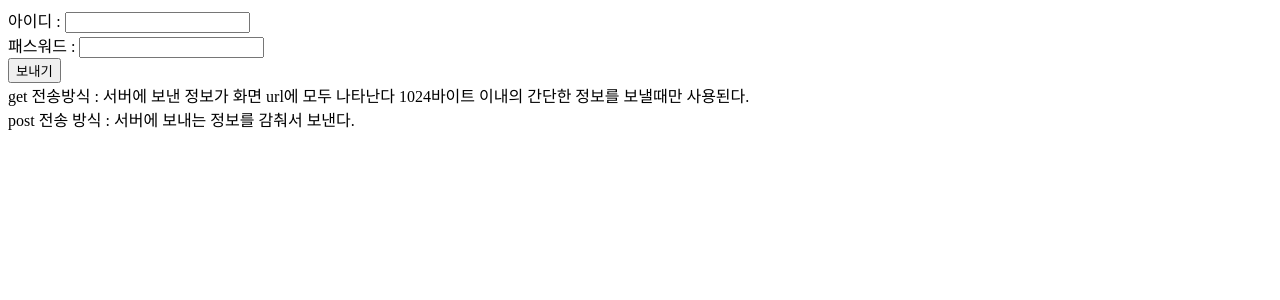
Repository: wooyeonhui/SmartContents
Page: http://localhost/MyHome3/sendTest/send.jsp
These files come from the project's save history. The page is drawn as it stood at one moment and after the next save; the edit follows.
The browser window is 1280 px wide. The pictures show the whole page.
The page is served by Tomcat 9.

Above is the page before, as saved 2017-01-12 02:36:42.

### Java/workspace_20170111/MyHome3/sendTest/send.jsp
<%@ page language="java" contentType="text/html; charset=EUC-KR"
    pageEncoding="utf-8"%>
<!DOCTYPE html>
<html>
<head>
<meta charset="UTF-8">
<title>Insert title here</title>
</head>
<body>
  <form name="form" method="post">
     아이디 : <input type= "text" name="userid">
     <br/>
     패스워드 : <input type= "password" name="password">
     <br/>
     <input type= "submit" value="보내기">
    <br/>

     get 전송방식 : 서버에 보낸 정보가 화면 url에 모두 나타난다
                  1024바이트 이내의 간단한 정보를 보낼때만 사용된다.

    <br/>
     post 전송 방식 : 서버에 보내는 정보를 감춰서 보낸다.

  </form>
</body>
</html>

After the next save:
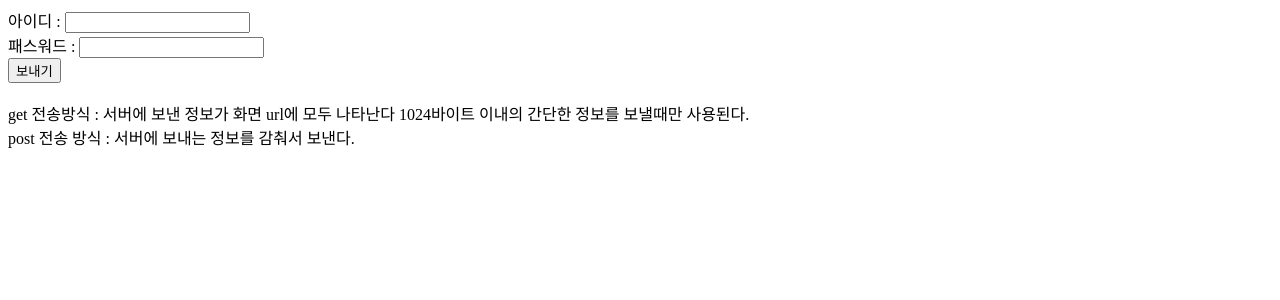
Saved 20 s later.
--- a/Java/workspace_20170111/MyHome3/sendTest/send.jsp
+++ b/Java/workspace_20170111/MyHome3/sendTest/send.jsp
@@ -13,7 +13,9 @@
      패스워드 : <input type= "password" name="password">
      <br/>
      <input type= "submit" value="보내기">
-    <br/>
+
+  </form>
+  <br/>
 
      get 전송방식 : 서버에 보낸 정보가 화면 url에 모두 나타난다
                   1024바이트 이내의 간단한 정보를 보낼때만 사용된다.
@@ -21,6 +23,5 @@
     <br/>
      post 전송 방식 : 서버에 보내는 정보를 감춰서 보낸다.
 
-  </form>
 </body>
 </html>
